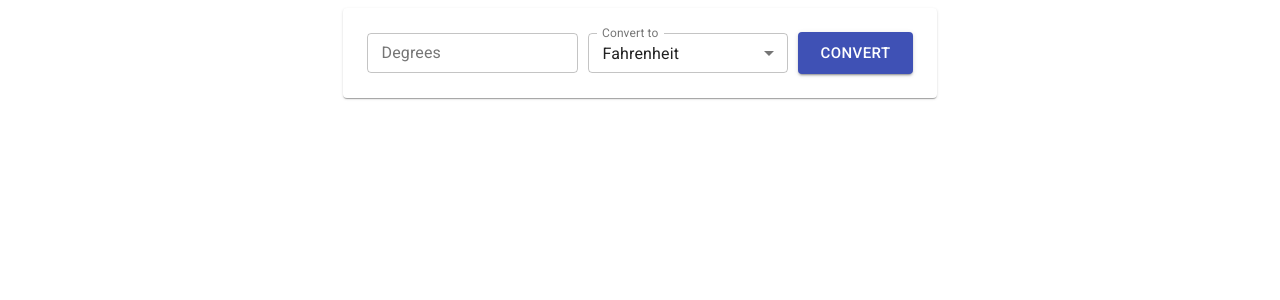
Repository: zum281/temperature-converter
Page: /
The author's editor kept a copy of each file at every save. The page is drawn from the files as they stood at one save, then again after the next save.
The browser window is 1280 px wide. The pictures show the whole page.
The project was rebuilt for these pictures with package versions that can differ from the ones it lists, and the page was loaded fresh each time.

Above is the page before, as saved 2021-07-09 14:18:55.

### public/index.html
<!DOCTYPE html>
<html lang="en">

  <head>
    <meta charset="utf-8" />
    <link rel="icon" href="%PUBLIC_URL%/favicon.ico" />
    <meta name="viewport" content="width=device-width, initial-scale=1" />
    <meta name="theme-color" content="#000000" />
    <meta name="description" content="Web site created using create-react-app" />
    <link rel="apple-touch-icon" href="%PUBLIC_URL%/logo192.png" />
    <!--
      manifest.json provides metadata used when your web app is installed on a
      user's mobile device or desktop. See https://developers.google.com/web/fundamentals/web-app-manifest/
    -->
    <link rel="manifest" href="%PUBLIC_URL%/manifest.json" />
    <!--
      Notice the use of %PUBLIC_URL% in the tags above.
      It will be replaced with the URL of the `public` folder during the build.
      Only files inside the `public` folder can be referenced from the HTML.

      Unlike "/favicon.ico" or "favicon.ico", "%PUBLIC_URL%/favicon.ico" will
      work correctly both with client-side routing and a non-root public URL.
      Learn how to configure a non-root public URL by running `npm run build`.
    -->
    <link rel="stylesheet" href="https://fonts.googleapis.com/css?family=Roboto:300,400,500,700&display=swap" />
    <title>Temperature Converter</title>
  </head>

  <body>
    <noscript>You need to enable JavaScript to run this app.</noscript>
    <div id="root"></div>
    <!--
      This HTML file is a template.
      If you open it directly in the browser, you will see an empty page.

      You can add webfonts, meta tags, or analytics to this file.
      The build step will place the bundled scripts into the <body> tag.

      To begin the development, run `npm start` or `yarn start`.
      To create a production bundle, use `npm run build` or `yarn build`.
    -->
  </body>

</html>

### src/index.css
/* Chrome, Safari, Edge, Opera */
input::-webkit-outer-spin-button,
input::-webkit-inner-spin-button {
    -webkit-appearance: none;
    margin: 0;
}

/* Firefox */
input[type="number"] {
    -moz-appearance: textfield;
}

### src/App.js
import { makeStyles } from "@material-ui/core/styles";
import { Paper, Button, TextField, MenuItem } from "@material-ui/core";
import { useState } from "react";

const useStyles = makeStyles((theme) => {
    return {
        root: {
            display: "flex",
            alignItems: "center",
            justifyContent: "center",
        },
        paper: {
            padding: theme.spacing(3),
            maxWidth: "600px",
        },
        form: {
            display: "flex",
            alignItems: "center",
            justifyContent: "center",
            gap: "10px",
        },

        select: {
            minWidth: "200px",
        },
    };
});

function App() {
    const types = ["Fahrenheit", "Celsius"];
    const classes = useStyles();
    const [type, setType] = useState(types[0]);
    const [degrees, setDegrees] = useState("");
    const [result, setResult] = useState({
        value: null,
        type: null,
        unit: null,
    });
    const inputNumberProps = {
        step: 0.01,
    };

    const handleClick = () => {
        if (type && degrees) {
            if (type === types[0]) {
                // f to c
                let t_celsius = (degrees - 32) * (5 / 9);
                let res = {
                    value: t_celsius,
                    type: types[1],
                    unit: "°F",
                };
                setResult({ ...res });
            } else {
                // c to f
                let t_fahrenheit = degrees * (9 / 5) + 32;
                let res = {
                    value: t_fahrenheit,
                    type: types[1],
                    unit: "°C",
                };
                setResult({ ...res });
            }
        } else {
            console.log("error");
        }
    };

    return (
        <div className={classes.root}>
            <Paper className={classes.paper}>
                <form noValidate autoComplete="off" className={classes.form}>
                    <TextField
                        type="number"
                        size="small"
                        variant="outlined"
                        label="Degrees"
                        inputProps={inputNumberProps}
                        value={degrees}
                        onChange={(event) =>
                            setDegrees(parseFloat(event.target.value))
                        }
                    />

                    <TextField
                        select
                        label="Convert to"
                        value={type}
                        onChange={(event) => setType(event.target.value)}
                        variant="outlined"
                        size="small"
                        className={classes.select}
                    >
                        {types.map((option) => (
                            <MenuItem key={option} value={option}>
                                {option}
                            </MenuItem>
                        ))}
                    </TextField>

                    <Button
                        variant="contained"
                        color="primary"
                        size="large"
                        onClick={handleClick}
                    >
                        convert
                    </Button>
                </form>
            </Paper>
        </div>
    );
}

export default App;

Loaded but not shown: src/index.js (common file)

After the next save:
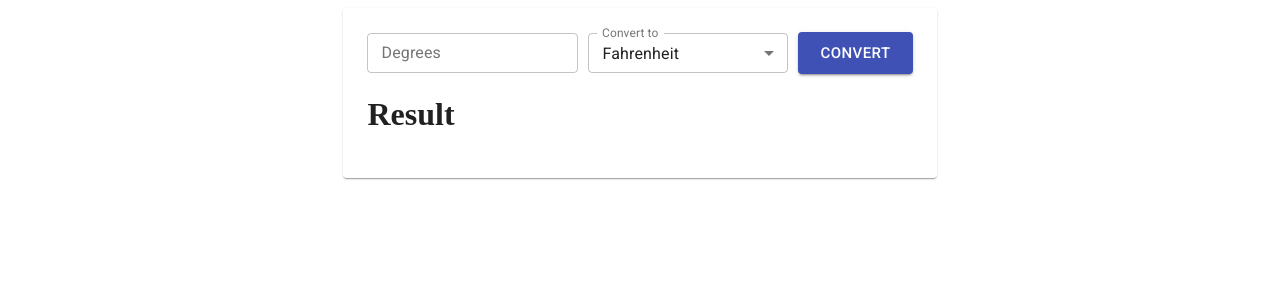
Saved 30 s later.
--- a/src/App.js
+++ b/src/App.js
@@ -107,6 +107,8 @@
                         convert
                     </Button>
                 </form>
+
+                {result && <h1>Result</h1>}
             </Paper>
         </div>
     );

After the save that followed:
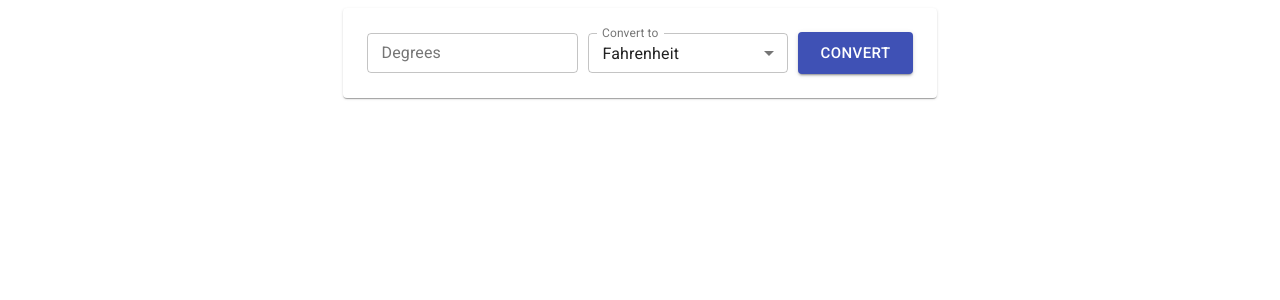
Saved 18 s later.
--- a/src/App.js
+++ b/src/App.js
@@ -108,7 +108,7 @@
                     </Button>
                 </form>
 
-                {result && <h1>Result</h1>}
+                {result.vlaue && <h1>Result</h1>}
             </Paper>
         </div>
     );
